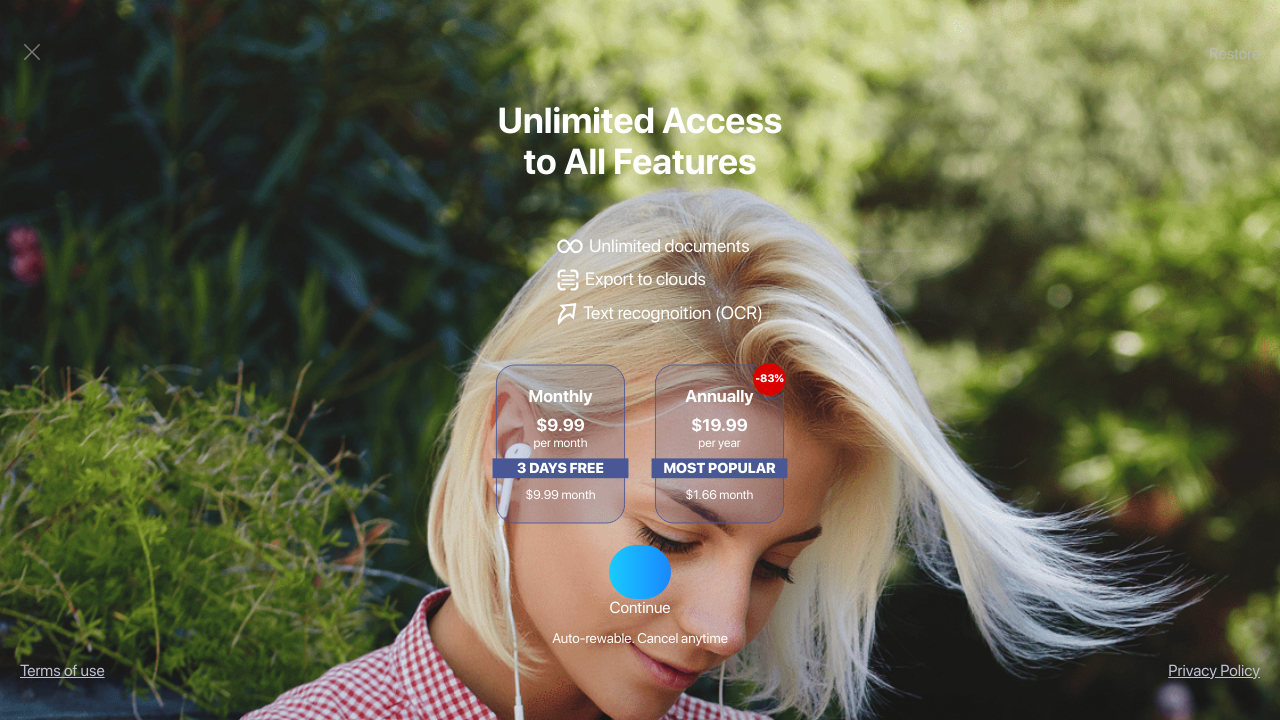
Repository: Ivan0195/bp-banner
Page: /
An editor plug-in stored every save of this project. The page is shown before and after a run of saves, followed by the edit.
The browser window is 1280 px wide. The pictures show the whole page.
The project was rebuilt for these pictures with package versions that can differ from the ones it lists, and the page was loaded fresh each time. Also part of the build but not shown: webpack.config.js.

Above is the page before, as saved 2023-03-17 11:15:35.

### src/index.html
<!DOCTYPE html>
<html lang="en">

<head>
  <meta charset="UTF-8">
  <meta http-equiv="X-UA-Compatible" content="IE=edge">
  <meta name="viewport" content="width=device-width, initial-scale=1.0">
  <link rel="icon" href="img/favicon.png" type="image/png">
  <title>BP-mobile</title>
</head>

<body>


  <header>
    <a href="#"><img src="/src/img/close.svg" alt="close"></a>
    <a href="#" class="restore">Restore</a>
  </header>


  <main>

    <h1 class="titleText">Unlimited Access to All Features</h1>

    <ul>
      <li>
        <img src="/src/img/unlimitedDocs.svg"/>
        Unlimited documents
      </li>
      <li><img src="/src/img/noAds.svg" />Export to clouds</li>
      <li><img src="/src/img/export.svg" />Text recognoition (OCR)</li>
    </ul>

    <div class="subscriptionsBlock">

      <div id="month" class="subscriptionMonthlyBlock">
        <span class="title">Monthly</span>
        <div class="subscriptionPriceBlock">
          <span class="bigPrice">$9.99</span>
          <span class="smallText">per month</span>
        </div>
        <span class="promotionLine">3 days free</span>
        <span class="smallText">$9.99 month</span>
      </div>

      <div id="year" class="subscriptionAnnualyBlock">
        <div class="discountTag">-83%</div>
        <span class="title">Annually</span>
        <div class="subscriptionPriceBlock">
          <span class="bigPrice">$19.99</span>
          <span class="smallText">per year</span>
        </div>
        <span class="promotionLine">most popular</span>
        <span class="smallText">$1.66 month</span>
      </div>

    </div>

    <form id="button">
      <input type="submit" value="" class="continueButton">Continue</input>
    </form>
      <span class="smallText">Auto-rewable. Cancel anytime</span>
  </main>


  <footer>
    <a href='#'>Terms of use</a>
    <a href='#'>Privacy Policy</a>
  </footer>


</body>
</html>

### src/index.js
import './index.html';
import './index.scss';

const month = document.getElementById('month');
const year = document.getElementById('year');
const button = document.getElementById('button');

const onElementSelect = (element, target, link) => {
    element.style.scale = 0.9;
    element.style.opacity = 0.5;
    target.style.scale = 1;
    target.style.opacity = 1;
    button.href = link;
}

month.onclick = () => onElementSelect(year, month, 'https://apple.com/');
year.onclick = () => onElementSelect(month, year, 'https://google.com/ ');

### src/style/_fonts.scss
@font-face {
  font-family: 'SFPro';
  src: url('../fonts/SFProDisplay-Regular.woff2') format('woff2'),
    url('../fonts/SFProDisplay-Regular.woff') format('woff');
}

@font-face {
  font-family: 'SFPro-Bold';
    src: url('../fonts/SFProDisplay-Bold.woff2') format('woff2'),
      url('../fonts/SFProDisplay-Bold.woff') format('woff');
  }

  @font-face {
    font-family: 'SFPro-Heavy';
    src: url('../fonts/SFProDisplay-Heavy.woff2') format('woff2'),
      url('../fonts/SFProDisplay-Heavy.woff') format('woff');
  }

### src/style/_var.scss
$textPrimary: #FFFFFF;
$textSecondary: #BDC0D0;
@mixin FlexCenter {
    display: flex;
    align-items: center;
    justify-content: center;
}

### src/style/_style.scss
body {
  font-family: 'SFPro';
  color: $textPrimary;
  background-image: url("/src/img/background-image.png");
  background-size: cover;
  padding: 40px 20px;
  display: flex;
  flex-direction: column;
  align-items: center;
  justify-content: space-between;
  box-sizing: border-box;
  height: 100vh;
}

header {
  @include FlexCenter;
  justify-content: space-between;
  width: 100%;
}

main {
  @include FlexCenter;
  flex-direction: column;
  justify-content: flex-end;
  height: 100%;
  row-gap: 12px;
  padding-bottom: 16px;
}

ul {
  list-style-type: none;
  font-size: 18px;
  display: flex;
  flex-direction: column;
  row-gap: 12px;
}

li {
  display: flex;
  column-gap: 6px;
}

footer {
  width: 100%;
  @include FlexCenter;
  justify-content: space-between;
  color: $textSecondary;
  text-decoration: underline;
}

a {
  text-decoration: none;
  color: $textSecondary;
}

a:visited {
  text-decoration: none;
  color: $textSecondary;
}

.restore {
opacity: 0.6;
}

.titleText {
  width: 286px;
  text-align: center;
  font-family: 'SFPro-Bold';
  font-size: 36px;
}

.subscriptionsBlock {
  @include FlexCenter;
  column-gap: 8px;
}

.subscriptionMonthlyBlock {
  @include FlexCenter;
  flex-direction: column;
  row-gap: 10px;
  background-image: url('/src/img/shape-1.svg');
  height: 178px;
  width: 151px;
  background-size: contain;
  background-repeat: no-repeat;
  background-position: top;
  scale: 0.9;
  transition: all .5s
}

.subscriptionAnnualyBlock {
  position: relative;
  @extend .subscriptionMonthlyBlock;
  background-image: url('/src/img/shape-2.svg');
}

.subscriptionPriceBlock {
  @include FlexCenter;
  flex-direction: column;
}

.title {
  font-family: 'SFPro-bold';
    font-size: 19px;
}

.bigPrice {
  font-family: 'SFPro-bold';
  font-size: 19px;
}

.promotionLine {
  @include FlexCenter;
  background-color: #495795;
  width: 100%;
  text-align: center;
  font-family: 'SFPro-Heavy';
  text-transform: uppercase;
  height: 22px;
}

.smallText {
  font-size: 14px
}

.discountTag {
  @include FlexCenter;
  height: 36px;
  width: 36px;
  border-radius: 50%;
  background-color: #DB0000;
  position: absolute;
  font-family: 'SFPro-Heavy';
  font-size: 12px;
  top: -1px;
  right: 2px;
}

.continueButton {
  @include FlexCenter;
  width: 100%;
  background: linear-gradient(270deg, #1987FF 0%, #19CCFF 100%);
  border: none;
  height: 54px;
  border-radius: 27px;
  font-family: 'SFPro';
  font-size: 17px;
  color: $textPrimary
}

Loaded but not shown: src/index.scss (common file)

After the next 3 saves:
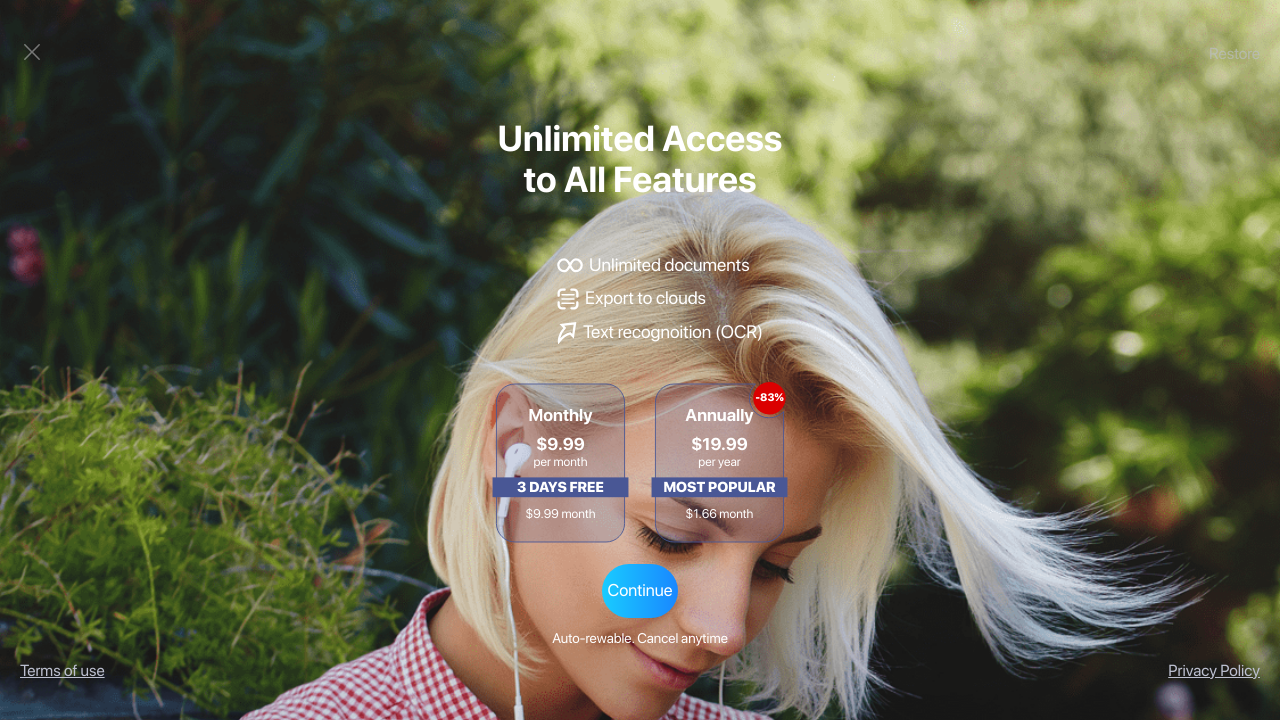
The 3 saves are shown as one change because they came seconds apart.
The last was saved 10 s later.
--- a/src/index.html
+++ b/src/index.html
@@ -57,7 +57,7 @@
     </div>
 
     <form id="button">
-      <input type="submit" value="" class="continueButton">Continue</input>
+      <input type="submit" value="Continue" class="continueButton"/>
     </form>
       <span class="smallText">Auto-rewable. Cancel anytime</span>
   </main>
